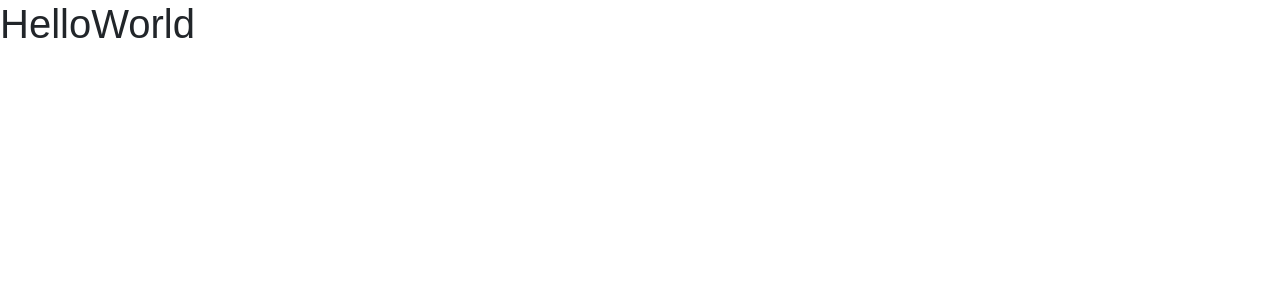
Repository: arehmanraza/lawyer_website
Page: Pages/index.html
An editor plug-in stored every save of this project. The page is shown before and after a run of saves, followed by the edit.
The browser window is 1280 px wide. The pictures show the whole page.

Above is the page before, as saved 2024-05-22 00:49:06.

After the next 3 saves:
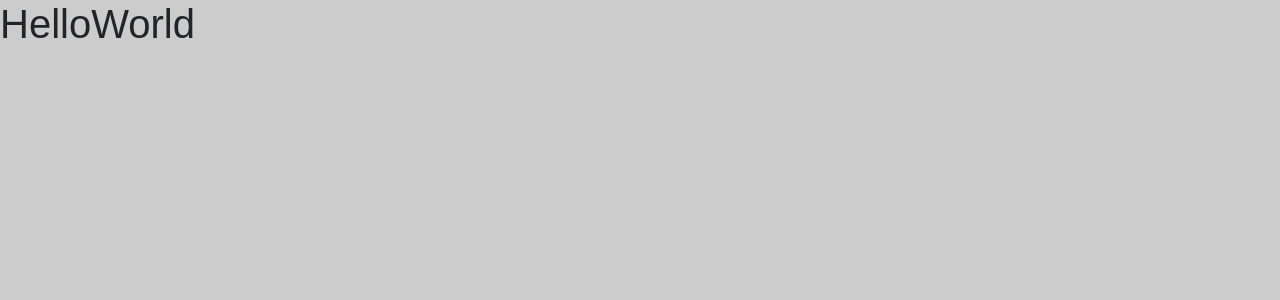
The 3 saves are shown as one change because they came seconds apart.
The last was saved 9 s later.
--- a/Styling/style.css
+++ b/Styling/style.css
@@ -5,8 +5,7 @@
     font-family: Arial, Helvetica, sans-serif, "Montserrat";
 }
 .main-container{
-    background-color: #ccc
-    color: wheat;
+    background-color: #ccc;
     width: 100%;
     height: 100vh;
 }
